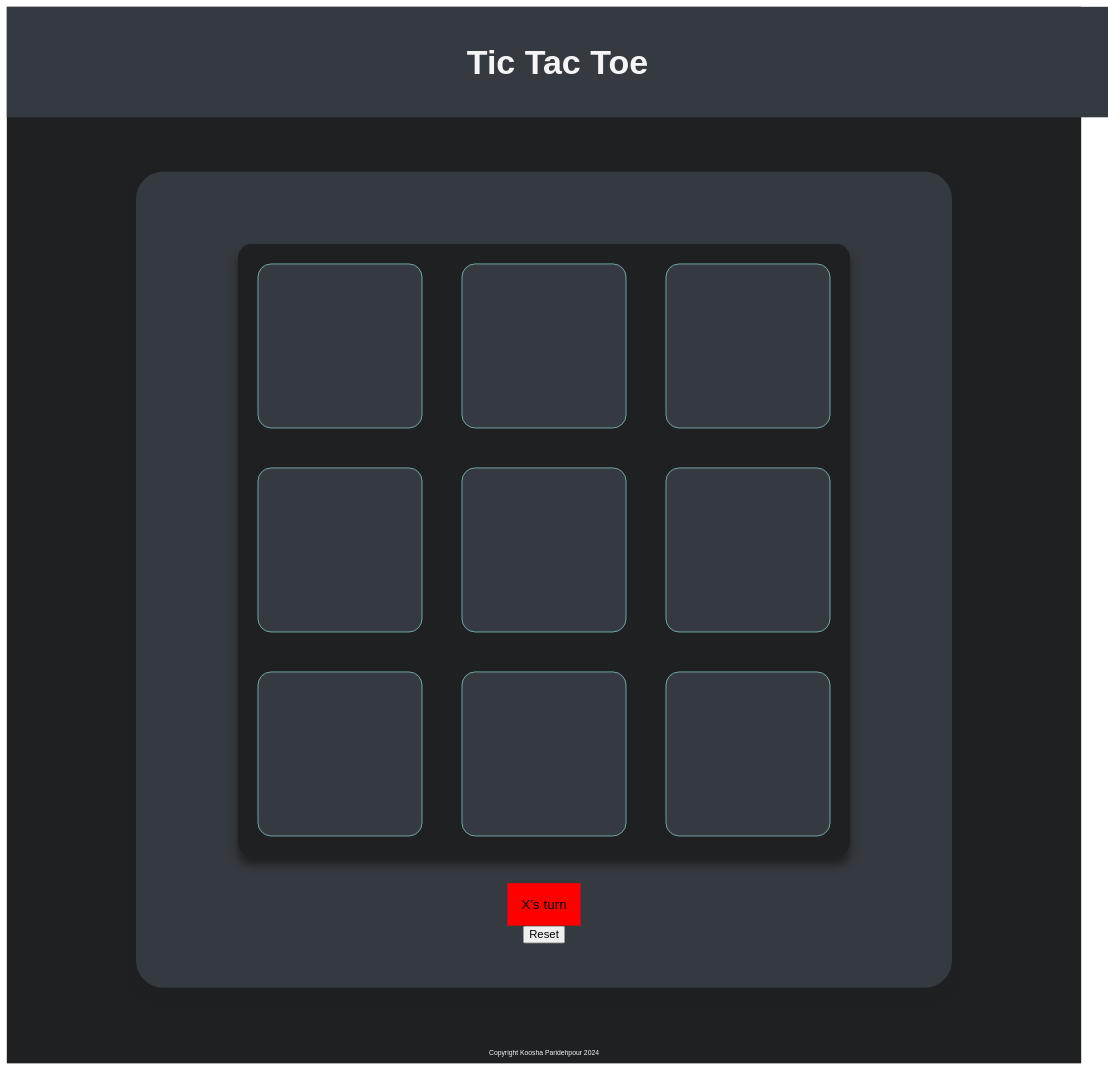
Repository: KooshaPari/odin-TTT
Page: index.html
An editor plug-in stored every save of this project. The page is shown before and after the next save, followed by the edit.
The browser window is 1280 px wide. The page is 1304 px wide, so the pictures cover 1304 px, including what lies to the right of the window. The pictures show the whole page, at 85% of full size.

Above is the page before, as saved 2024-03-14 23:44:53.

### index.html
<!doctype html>
<html lang="en">
  <head>
    <meta charset="UTF-8" />

    <link rel="stylesheet" href="./style.css" />
    <meta name="viewport" content="width=device-width, initial-scale=1.0" />
    <title>Document</title>
  </head>
  <body>
    <div id="parent">
      <div id="header">
        <h1>Tic Tac Toe</h1>
      </div>
      <div id="body">
        <div id="game">
          <div id="board">
            <div class="square" id="0"></div>
            <div class="square" id="1"></div>
            <div class="square" id="2"></div>
            <div class="square" id="3"></div>
            <div class="square" id="4"></div>
            <div class="square" id="5"></div>
            <div class="square" id="6"></div>
            <div class="square" id="7"></div>
            <div class="square" id="8"></div>
          </div>
          <div id="status">X's turn</div>
          <button id="reset">Reset</button>
        </div>
      </div>
      <div id="footer">
        <p>Copyright Koosha Paridehpour 2024</p>
      </div>
    </div>
  </body>
  <script src="./lib.js"></script>
</html>

### style.css
* {
  font-family: sans-serif;
}
#parent {
  background-color: #1f2022;
  width: 100%;
  height: 100%;
}
#header {
  background-color: #353a40;
  padding: 1.25%;
  width: 100%;
  height: 100%;
}
#header h1 {
  color: #f6f5f5;

  font-size: 2.5em;
}
#footer p {
  color: #f6f5f5;
  font-size: 0.5em;
}

#header,
#footer,
#body {
  display: flex;
  align-items: center;
  justify-content: center;
}
#title {
  color: #f6f5f5;
}
#body {
  flex-direction: column;
}
#game {
  transition: 2.5s ease-in-out;
  display: flex;
  flex-direction: column;
  justify-content: center;
  align-items: center;
  background-color: #353a40;
  border-radius: 2em;
  margin: 5vw;
  box-shadow: 0px 10px 10px #1f2022;
  width: 75vw;
  height: 75vw;
  -webkit-border-radius: 2em;
  -moz-border-radius: 2em;
  -ms-border-radius: 2em;
  -o-border-radius: 2em;
  -webkit-transition: 2.5s ease-in-out;
  -moz-transition: 2.5s ease-in-out;
  -ms-transition: 2.5s ease-in-out;
  -o-transition: 2.5s ease-in-out;
}
#board {
  display: grid;
  grid-template-columns: 1fr 1fr 1fr;
  width: 75%;
  transition: 1s ease-in-out;
  height: 75%;
  background-color: #1f2022;
  border-radius: 1em;
  margin: 2em;

  align-items: center;
  justify-content: center;
  box-shadow: 0px 10px 10px #1f2022;
  -webkit-border-radius: 1em;
  -moz-border-radius: 1em;
  -ms-border-radius: 1em;
  -o-border-radius: 1em;
  -webkit-transition: 1s ease-in-out;
  -moz-transition: 1s ease-in-out;
  -ms-transition: 1s ease-in-out;
  -o-transition: 1s ease-in-out;
}
#board:hover {
  transform: scale(1.025) translate(0, -1em);
  transition: 0.5s ease-in-out;
  -webkit-transform: scale(1.025) translate(0, -1em);
  -moz-transform: scale(1.025) translate(0, -1em);
  -ms-transform: scale(1.025) translate(0, -1em);
  -o-transform: scale(1.025) translate(0, -1em);
  -webkit-transition: 0.5s ease-in-out;
  -moz-transition: 0.5s ease-in-out;
  -ms-transition: 0.5s ease-in-out;
  -o-transition: 0.5s ease-in-out;
}
#game:hover {
  transform: scale(1.05) translate(0, -0.5em);
  transition: 10s ease-in-out;
  -webkit-transform: scale(1.05) translate(0, -0.5em);
  -moz-transform: scale(1.05) translate(0, -0.5em);
  -ms-transform: scale(1.05) translate(0, -0.5em);
  -o-transform: scale(1.05) translate(0, -0.5em);
  -webkit-transition: 10s ease-in-out;
  -moz-transition: 10s ease-in-out;
  -ms-transition: 10s ease-in-out;
  -o-transition: 10s ease-in-out;
}
.square {
  transition 0.4s ease-in-out;
  justify-self: center;
  border: 0.1px solid #7ebab5;
  width: 80%;
  flex: 0;
  border-radius: 1em;
  height: 80%;
  background-color: #353a40;
  text-align: center;
  justify-content: center;
  display: flex;
  cursor: pointer;
  align-items: center;
  white-space: nowrap;
}
.square p {
  font-size: 4em;
  color: #7ebab5;
  font-weight: bold;
  overflow: hidden;
  align-self: center;
  justify-self: center;
  text-align: center;
  padding: 0;
  margin: 0;
  display: inline;
}
.square:hover {
  transform: scale(1.05) translate(0, -0.5em);
  background-color: #454a50;
  transition 0.4s ease-in-out;
  -webkit-transform: scale(1.05) translate(0, -0.5em);
  -moz-transform: scale(1.05) translate(0, -0.5em);
  -ms-transform: scale(1.05) translate(0, -0.5em);
  -o-transform: scale(1.05) translate(0, -0.5em);
}
.square:active, {
  transform: scale(1.1) translate(0, 0.5em);
  background-color: #151a30;
  transition:0.2s ease-in-out;
  -webkit-transition:0.2s ease-in-out;
  -moz-transition:0.2s ease-in-out;
  -ms-transition:0.2s ease-in-out;
  -o-transition:0.2s ease-in-out;
  -webkit-transform: scale(1.1) translate(0, 0.5em);
  -moz-transform: scale(1.1) translate(0, 0.5em);
  -ms-transform: scale(1.1) translate(0, 0.5em);
  -o-transform: scale(1.1) translate(0, 0.5em);
}
#status{ padding:1em; background-color:red}

### lib.js
let board = [0, 0, 0, 0, 0, 0, 0, 0, 0]
function playTTT(square) {
  square.textContent = 'X'
  board[square.id] = 'X'
  let com = 0
  while (board[com] != 0) {
    com = Math.floor(Math.random() * 9)
  }
  console.log(com)
  board[com] = 'O'
  let comSq = document.getElementById(com)
  console.log(comSq)
  comSq.textContent = 'O'
  let res = checkWin() != false
  if (res != false) {
    console.log(res)
  }
}
const squares = document.querySelectorAll('.square')
squares.forEach((square) =>
  square.addEventListener('click', () => {
    playTTT(square)
  })
)
function checkWin() {
  if (board[0] != '0' && board[0] === board[1] && board[1] === board[2]) {
    console.log(board[0] + ' wins')
    return board[0]
  }
  if (board[3] != '0' && board[3] === board[4] && board[4] === board[5]) {
    console.log(board[3] + ' wins')
    return board[3]
  }
  if (board[6] != '0' && board[6] === board[7] && board[7] === board[8]) {
    console.log(board[6] + ' wins')
    return board[6]
  }
  if (board[0] != '0' && board[0] === board[3] && board[3] === board[6]) {
    console.log(board[0] + ' wins')
    return board[0]
  }
  if (board[1] != '0' && board[1] === board[4] && board[4] === board[7]) {
    console.log(board[1] + ' wins')
    return board[1]
  }
  if (board[2] != '0' && board[2] === board[5] && board[5] === board[8]) {
    console.log(board[2] + ' wins')
    return board[2]
  }
  if (board[0] != '0' && board[0] === board[4] && board[4] === board[8]) {
    console.log(board[0] + ' wins')
    return board[0]
  }
  if (board[2] != '0' && board[2] === board[4] && board[4] === board[6]) {
    console.log(board[2] + ' wins')
    return board[2]
  }
  return false
}

After the next save:
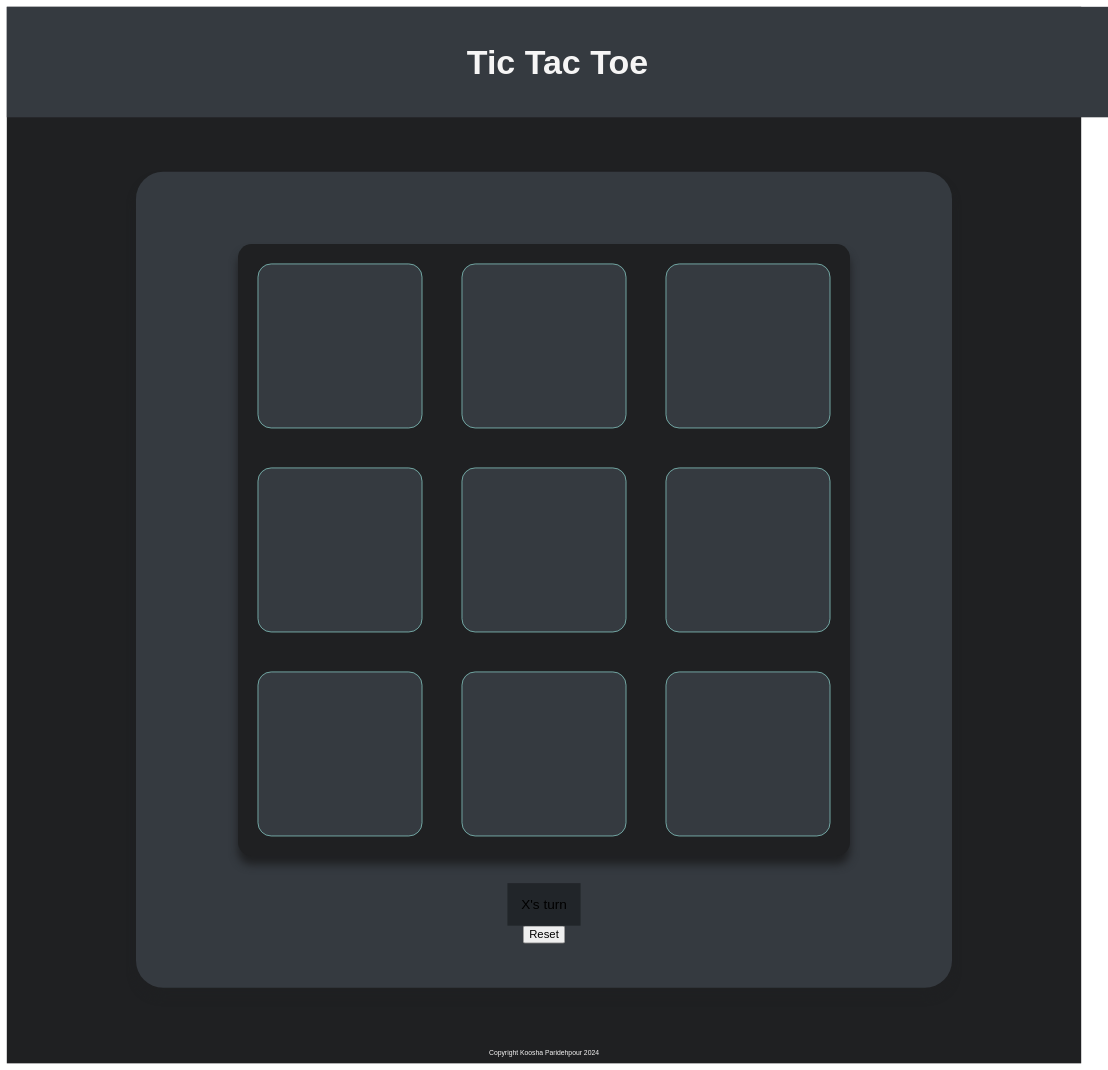
Saved 9 s later.
--- a/style.css
+++ b/style.css
@@ -152,4 +152,4 @@
   -ms-transform: scale(1.1) translate(0, 0.5em);
   -o-transform: scale(1.1) translate(0, 0.5em);
 }
-#status{ padding:1em; background-color:red}
+#status{ padding:1em; background-color:#212529;}
